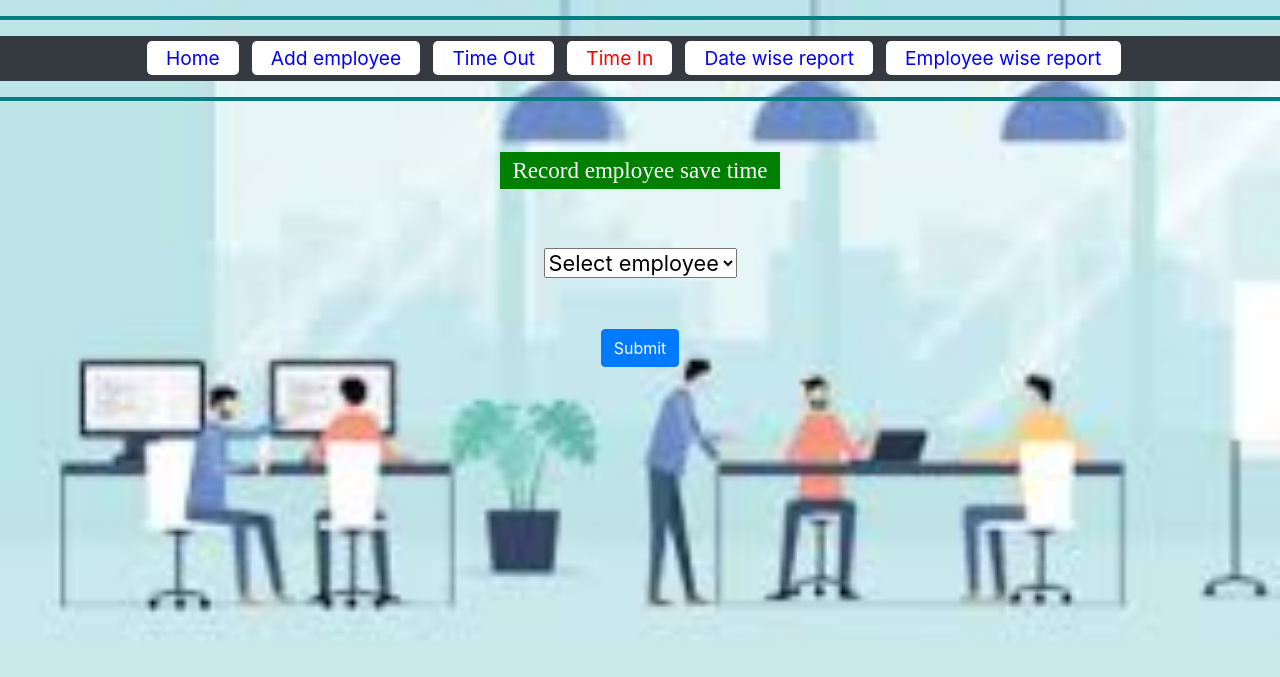
Repository: 7373Mehar/AdvanceJava
Page: http://localhost/emp-outin-time/intime/employee-out-name-list.jsp
An editor plug-in stored every save of this project. The page is shown before and after the next save, followed by the edit.
The browser window is 1280 px wide. The pictures show the whole page.
The page is served by Tomcat 9. Queries for data that is not in the repository find no rows.

Above is the page before, as saved 2023-02-12 11:58:51.

After the next save:
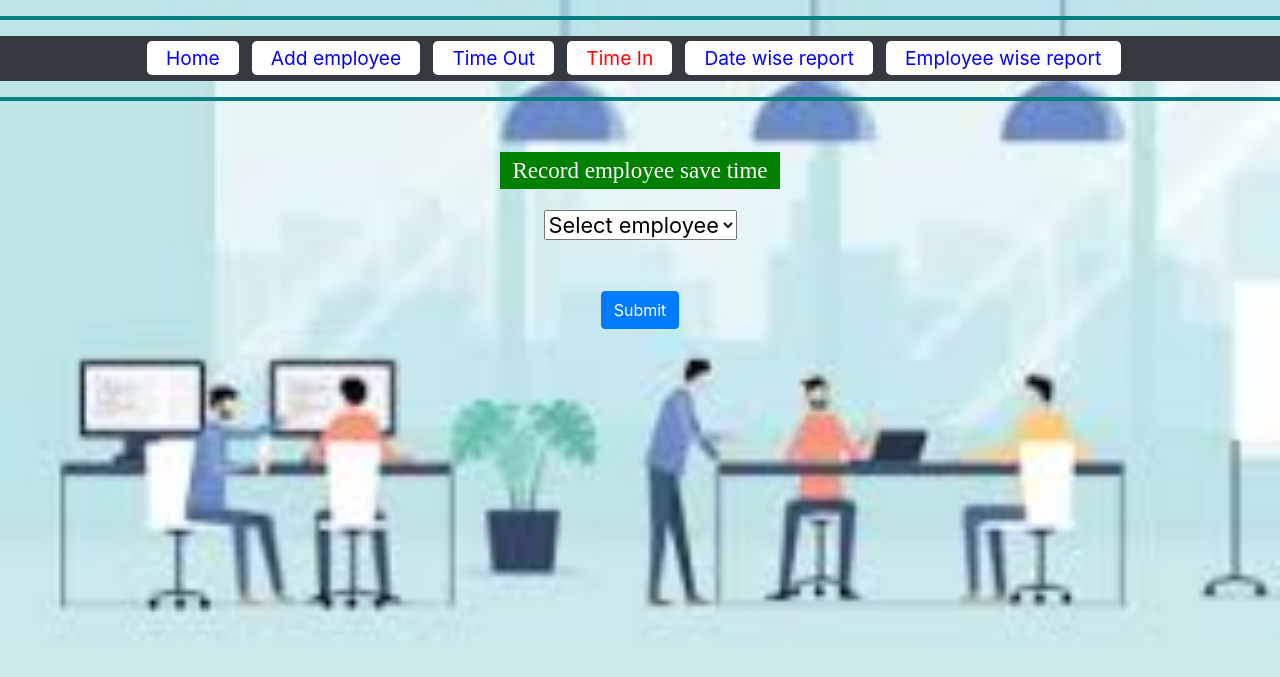
Saved 39 s later.
--- a/JSP/emp-outin-time/WebContent/intime/employee-out-name-list.jsp
+++ b/JSP/emp-outin-time/WebContent/intime/employee-out-name-list.jsp
@@ -5,10 +5,10 @@
   <div class='dv'>
    <label class='hdu'>Record employee save time</label>
   </div>
+  <div class='dvv' id='photo'>
+  </div>
   <div class='dvv'>
-  </div>
-  <div class='dv'>
-   <select class='la' id="eid" name="eid">
+   <select class='la' id="eid" name="eid" onchange="showPhoto()">
      <option value="-1">Select employee</option>
      <%
      Statement st=(Statement)application.getAttribute("list");
